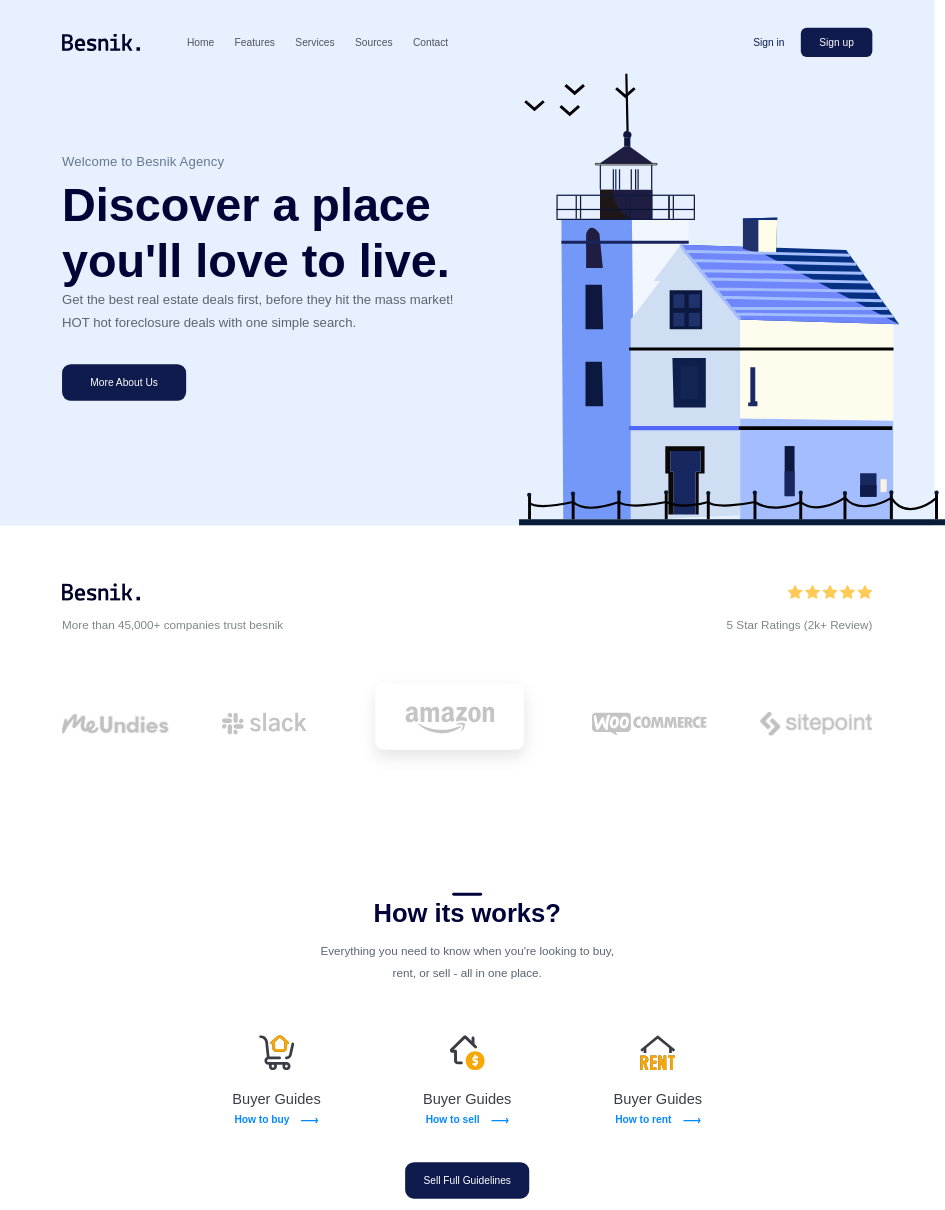
Repository: Daidoichihuy/project-01
Page: index.html
The author's editor kept a copy of each file at every save. The page is drawn from the files as they stood at one save, then again after the next save.
The browser window is 1280 px wide. The page is 1295 px wide, so the pictures cover 1295 px, including what lies to the right of the window. The pictures show the whole page, at 73% of full size.

Above is the page before, as saved 2024-04-29 09:54:37.

### index.html
<!DOCTYPE html>
<html lang="en">
    <head>
        <meta charset="UTF-8" />
        <meta name="viewport" content="width=device-width, initial-scale=1.0" />
        <title>Project_01</title>
        <link rel="stylesheet" href="./assets/css/reset.css" />
        <link rel="stylesheet" href="./assets/fonts/stylefont.css" />
        <link rel="stylesheet" href="./assets/css/style.css" />
    </head>
    <body>
        <main>
            <header class="header">
                <div class="content">
                    <nav class="navbar">
                        <!-- LOGO -->
                        <img src="./assets/imgs/Logo.svg" alt="Besnik." />
                        <!-- NAVIGATION -->
                        <ul>
                            <li><a href="#!">Home</a></li>
                            <li><a href="#!">Features</a></li>
                            <li><a href="#!">Services</a></li>
                            <li><a href="#!">Sources</a></li>
                            <li><a href="#!">Contact</a></li>
                        </ul>
                        <!-- ACTIVE -->
                        <div class="action">
                            <a href="#!" class="action-link">Sign in</a>
                            <a href="#!" class="btn action-btn">Sign up</a>
                        </div>
                    </nav>
                    <div class="hero">
                        <div class="info">
                            <p class="sub-title">Welcome to Besnik Agency</p>
                            <h1 class="title">
                                Discover a place you'll love to live.
                            </h1>
                            <p class="des">
                                Get the best real estate deals first, before
                                they hit the mass market! HOT hot foreclosure
                                deals with one simple search.
                            </p>
                            <a href="#!" class="btn hero-cta">More About Us</a>
                        </div>
                        <img
                            src="./assets/imgs/Group 439.svg"
                            alt="Discover a place you'll love to live"
                            class="hero-img"
                        />
                    </div>
                </div>
            </header>

            <!-- CLIENT -->
            <div class="client">
                <div class="content">
                    <div class="row">
                        <img src="./assets/imgs/Logo.svg" alt="Besnik" />
                        <img
                            src="./assets/imgs/Star.svg"
                            alt="star"
                            class="icon-star"
                        />
                    </div>
                    <div class="row">
                        <p>More than 45,000+ companies trust besnik</p>
                        <p>5 Star Ratings (2k+ Review)</p>
                    </div>
                    <div class="imgs">
                        <img src="./assets/imgs/1.svg" alt="" />
                        <img src="./assets/imgs/2.svg" alt="" />
                        <img src="./assets/imgs/3.svg" alt="" />
                        <img src="./assets/imgs/4.svg" alt="" />
                        <img src="./assets/imgs/5.svg" alt="" />
                    </div>
                </div>
            </div>
            <!-- GUIDE -->
            <div class="guide">
                <div class="content">
                    <h2 class="sub-title">How its works?</h2>
                    <p class="desc">
                        Everything you need to know when you're looking to buy,
                        rent, or sell - all in one place.
                    </p>

                    <div class="guide-list">
                        <div class="guide-item">
                            <img
                                src="./assets/imgs/buyer.svg"
                                alt="Buyer"
                                class="icon"
                            />
                            <h3 class="title">Buyer Guides</h3>
                            <a href="" class="link">
                                <span>How to buy</span>
                                <img
                                    src="./assets/imgs/arrow.svg"
                                    alt=""
                                    class="arrow"
                                />
                            </a>
                        </div>
                        <div class="guide-item">
                            <img
                                src="./assets/imgs/rent.svg"
                                alt="Buyer"
                                class="icon"
                            />
                            <h3 class="title">Buyer Guides</h3>
                            <a href="" class="link">
                                <span>How to sell</span>
                                <img
                                    src="./assets/imgs/arrow.svg"
                                    alt=""
                                    class="arrow"
                                />
                            </a>
                        </div>
                        <div class="guide-item">
                            <img
                                src="./assets/imgs/seller.svg"
                                alt="Buyer"
                                class="icon"
                            />
                            <h3 class="title">Buyer Guides</h3>
                            <a href="" class="link">
                                <span>How to rent</span>
                                <img
                                    src="./assets/imgs/arrow.svg"
                                    alt=""
                                    class="arrow"
                                />
                            </a>
                        </div>
                    </div>

                    <div class="guide-cta">
                        <a href="#!" class="btn">Sell Full Guidelines</a>
                    </div>
                </div>
            </div>

            <!-- FEATURED PROPERTIES -->
            <div class="features">
                <div class="content">
                    <header>
                        <h2 class="sub-title"></h2>
                        <div class="row">
                            <p class="desc"></p>
                            <a href="" class="link"></a>
                            <img src="" alt="" class="img" />
                        </div>
                    </header>
                </div>
            </div>
        </main>
    </body>
</html>

### assets/fonts/stylefont.css
@font-face {
  font-family: "DVN-Poppins";
  src: url("poppins/DVNPoppins-Regular.woff2") format("woff2"),
    url("poppins/DVNPoppins-Regular.woff") format("woff");
  font-weight: normal;
  font-style: normal;
  font-display: swap;
}

@font-face {
  font-family: "DVN-Poppins ExtBd";
  src: url("poppins/DVNPoppins-ExtraBold.woff2") format("woff2"),
    url("poppins/DVNPoppins-ExtraBold.woff") format("woff");
  font-weight: bold;
  font-style: normal;
  font-display: swap;
}

### assets/css/style.css
* {
  box-sizing: border-box;
}

:root {
  --primary-color: #0f1b4c;
}

html {
  font-size: 62.5%;
}

body {
  font-size: 1.6rem;
  font-family: "poppins", sans-serif;
}

/* COMMON */
.content {
  width: 1110px;
  max-width: calc(100% - 48px);
  margin-left: auto;
  margin-right: auto;
}

a {
  text-decoration: none;
}

.btn {
  display: inline-block;
  min-width: 98px;
  padding: 18px 16px;
  border-radius: 12px;
  background: var(--primary-color);
  color: #fff;
  text-align: center;
  font-size: 1.4rem;
  font-weight: 500;
}

/* HEADER*/
.header {
  position: relative;
  background: #e6f0ff;
  height: 100vh;
}

.navbar {
  display: flex;
  align-items: center;
  padding-top: 38px;
}

.navbar ul {
  display: flex;
  margin-left: 50px;
}

.navbar ul li a {
  font-weight: 500;
  font-size: 1.4rem;
  color: #4f5361;
  padding: 8px 14px;
}
.navbar .action {
  margin-left: auto;
}

.navbar .action-link {
  font-size: 1.4rem;
  font-weight: 500;
  color: var(--primary-color);
}

.navbar .action-btn {
  padding: 13px 16px;
  margin-left: 18px;
  border-radius: 8px;
}

/* HERO */
.hero {
  margin-top: 130px;
}

.hero .info {
  width: 51%;
}
.hero .sub-title {
  color: #687690;
  font-size: 1.8rem;
  line-height: 1.5;
  font-weight: 500;
  letter-spacing: 0.18px;
}

.hero .title {
  color: #000336;
  font-size: 6.4rem;
  font-weight: 700;
  line-height: 1.19;
  margin-top: 8px;
}

.hero .des {
  color: #5a6473;
  font-size: 1.8rem;
  font-weight: 400;
  line-height: 177.778%;
}
.hero-cta {
  min-width: 170px;
  margin-top: 40px;
}

.hero-img {
  position: absolute;
  right: calc((100vw - 1110px) / 2 - 100px);
  bottom: 0;
}
/* =============CLIENT============= */
.client {
  margin-top: 79px;
}

.client .row {
  display: flex;
  justify-content: space-between;
}

.client .row p {
  color: #7d8589;
  text-align: right;
  font-size: 1.6rem;
  line-height: 1.25;
  margin-top: 23px;
}
.client .imgs {
  display: flex;
  align-items: center;
  justify-content: space-between;
  margin-top: 60px;
}
/* ==========GUIDE======================= */
.guide {
  margin-top: 176px;
}
.guide .sub-title {
  position: relative;
  text-align: center;
  color: #000339;
  font-size: 3.5rem;
  font-weight: 600;
  line-height: 1;
}

.guide .sub-title::before {
  content: "";
  position: absolute;
  top: -10px;
  left: 50%;
  transform: translateX(-50%);
  display: inline-block;
  width: 41px;
  height: 4px;
  background: #000339;
  border-radius: 12px;
}

.guide .desc {
  width: 437px;
  max-width: 100%;
  margin: 20px auto 0;
  color: #5a6473;
  text-align: center;
  font-size: 1.6rem;
  font-weight: 400;
  line-height: 1.88;
}

.guide-list {
  display: flex;
  margin-top: 70px;
  justify-content: center;
}

.guide-item {
  margin: 0 70px;
  text-align: center;
}

.title {
  color: #3b3c45;
  margin-top: 26px;
  font-size: 2rem;
  font-weight: 500;
  line-height: 1.1; /* 110% */
}

.guide-item .link {
  display: inline-block;
  margin-top: 10px;
  color: #0689ff;
  font-size: 1.4rem;
  font-weight: 600;
}

.guide-item .arrow {
  margin-left: 12px;
}
.guide-cta {
  margin-top: 50px;
  display: flex;
  justify-content: center;
}

.guide-cta .btn {
  min-width: 170px;
}

Loaded but not shown: assets/css/reset.css (common file)

After the next save:
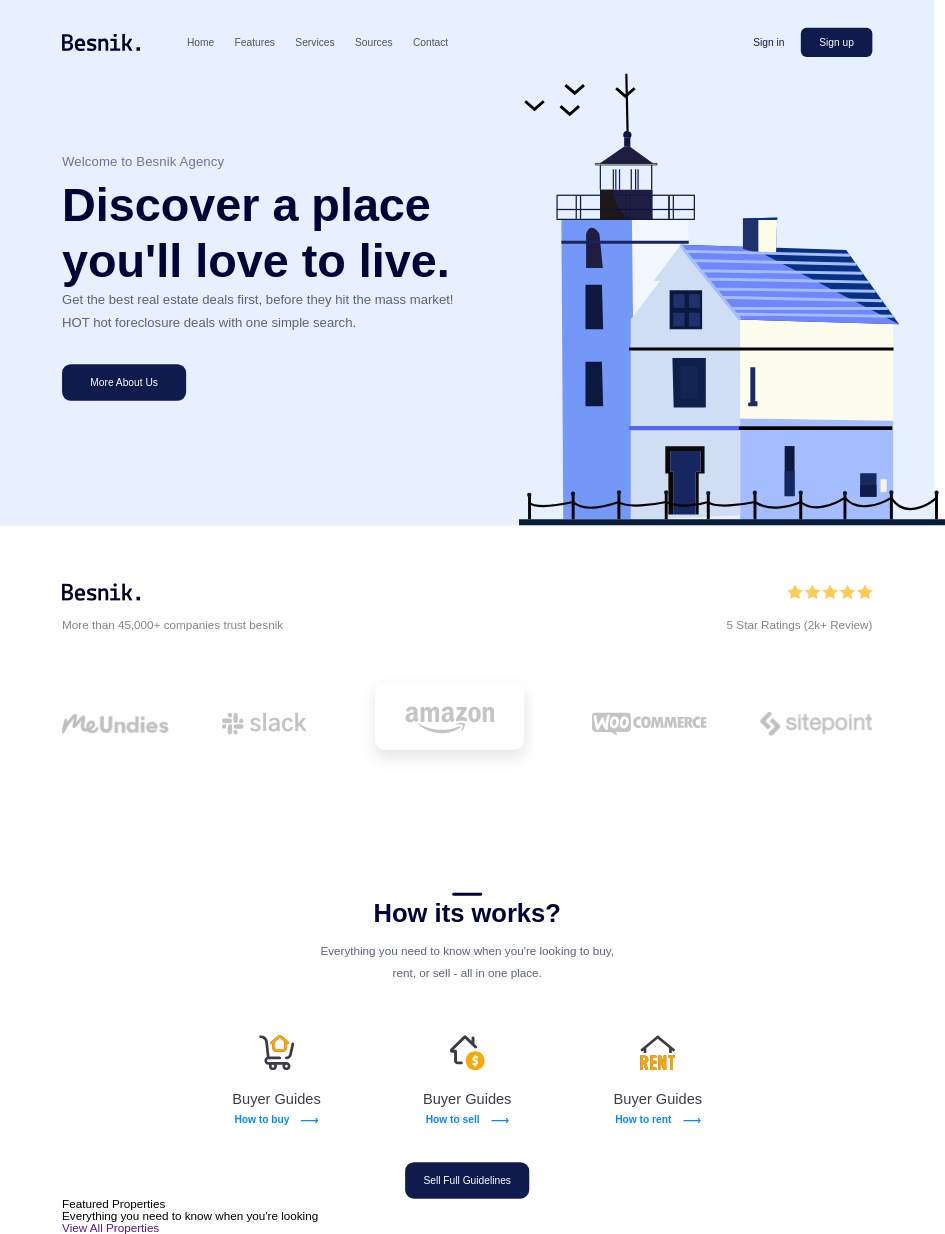
Saved 74 s later.
--- a/index.html
+++ b/index.html
@@ -145,10 +145,12 @@
             <div class="features">
                 <div class="content">
                     <header>
-                        <h2 class="sub-title"></h2>
+                        <h2 class="sub-title">Featured Properties</h2>
                         <div class="row">
-                            <p class="desc"></p>
-                            <a href="" class="link"></a>
+                            <p class="desc">
+                                Everything you need to know when you're looking
+                            </p>
+                            <a href="" class="link">View All Properties</a>
                             <img src="" alt="" class="img" />
                         </div>
                     </header>
